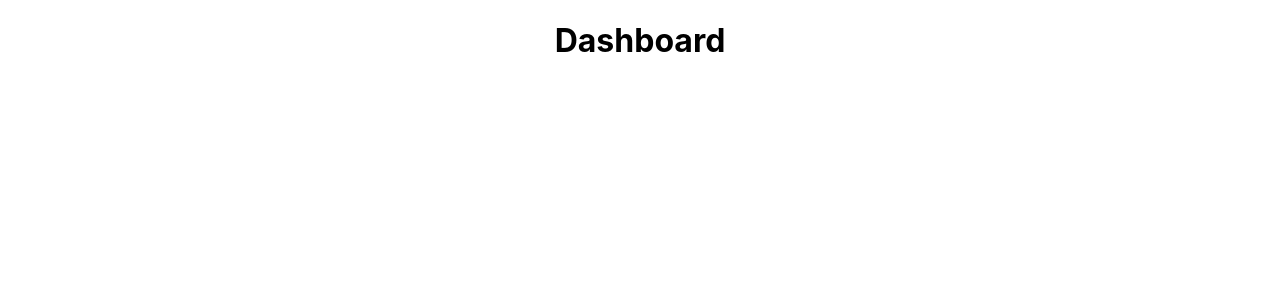
Repository: ItsMoloy/React-Ecommerce
Page: /
The author's editor kept a copy of each file at every save. The page is drawn from the files as they stood at one save, then again after a run of saves.
The browser window is 1280 px wide. The pictures show the whole page.
The project was rebuilt for these pictures with package versions that can differ from the ones it lists, and the page was loaded fresh each time.

Above is the page before, as saved 2025-05-18 03:12:08.

After the next 2 saves:
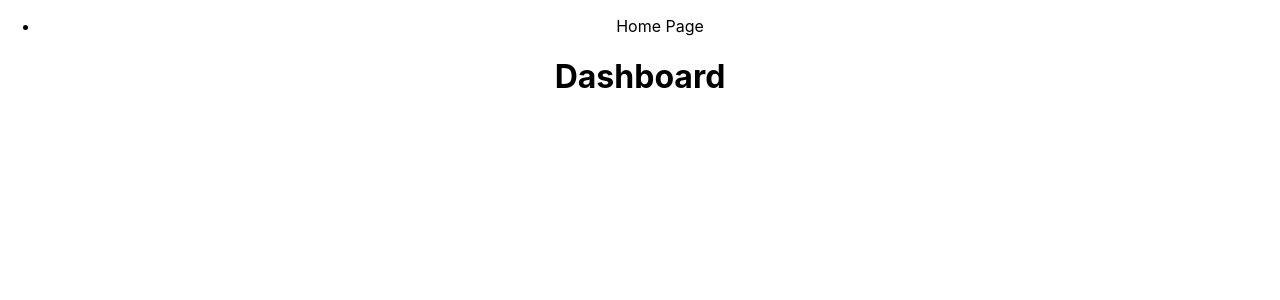
The 2 saves are shown as one change because they came seconds apart.
The last was saved 11 s later.
--- a/src/App.js
+++ b/src/App.js
@@ -4,6 +4,7 @@
 function App() {
   return (
     <div className="App">
+      <Nav></Nav>
    <h1>Dashboard</h1>
     </div>
   );

After the save that followed:
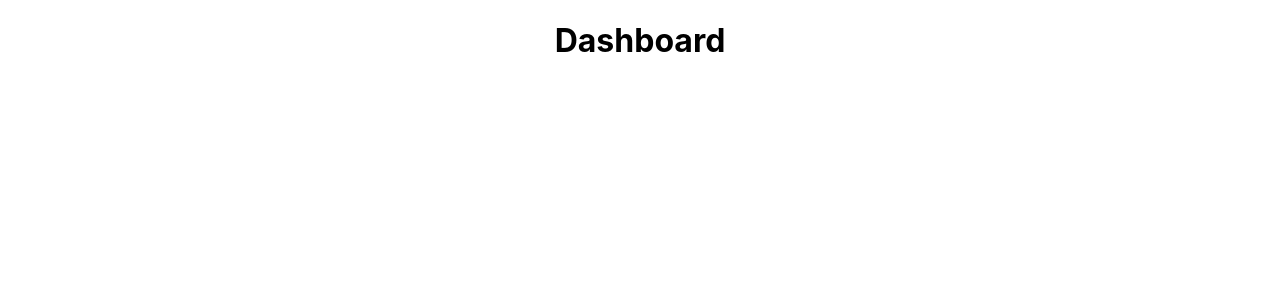
Saved 5 s later.
--- a/src/App.js
+++ b/src/App.js
@@ -4,7 +4,7 @@
 function App() {
   return (
     <div className="App">
-      <Nav></Nav>
+      <></>
    <h1>Dashboard</h1>
     </div>
   );
